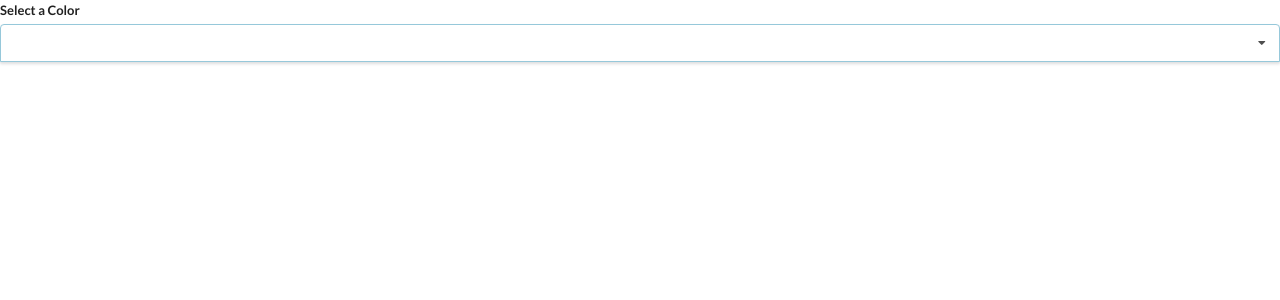
Repository: DaveBaulch/react-course-widgets
Page: /
The author's editor kept a copy of each file at every save. The page is drawn from the files as they stood at one save, then again after a run of saves.
The browser window is 1280 px wide. The pictures show the whole page.
The project was rebuilt for these pictures with package versions that can differ from the ones it lists, and the page was loaded fresh each time.

Above is the page before, as saved 2020-12-06 13:54:05.

After the next 3 saves:
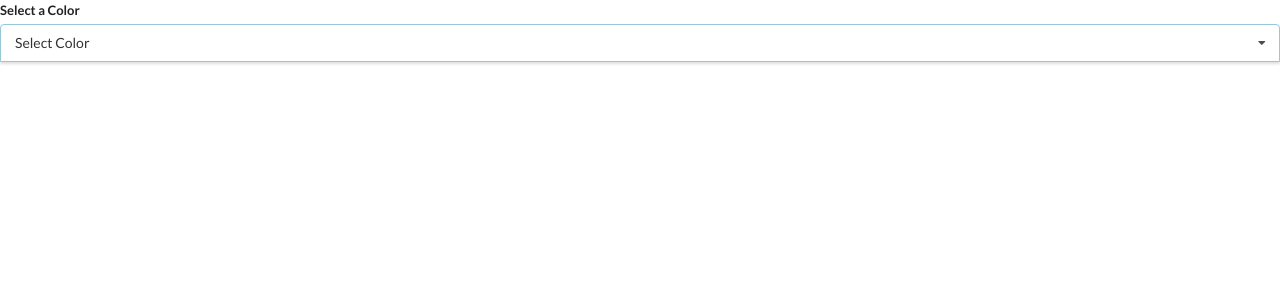
The 3 saves are shown as one change because 1 did not build or start and some came seconds apart.
The last was saved 32 s later.
--- a/src/components/Dropdown.js
+++ b/src/components/Dropdown.js
@@ -17,6 +17,7 @@ const Dropdown = ({ options }) => {
         <label className="label">Select a Color</label>
         <div className="ui selection dropdown visible active">
           <i className="dropdown icon"></i>
+          <div className="text">Select Color</div>
         </div>
       </div>
     </div>
